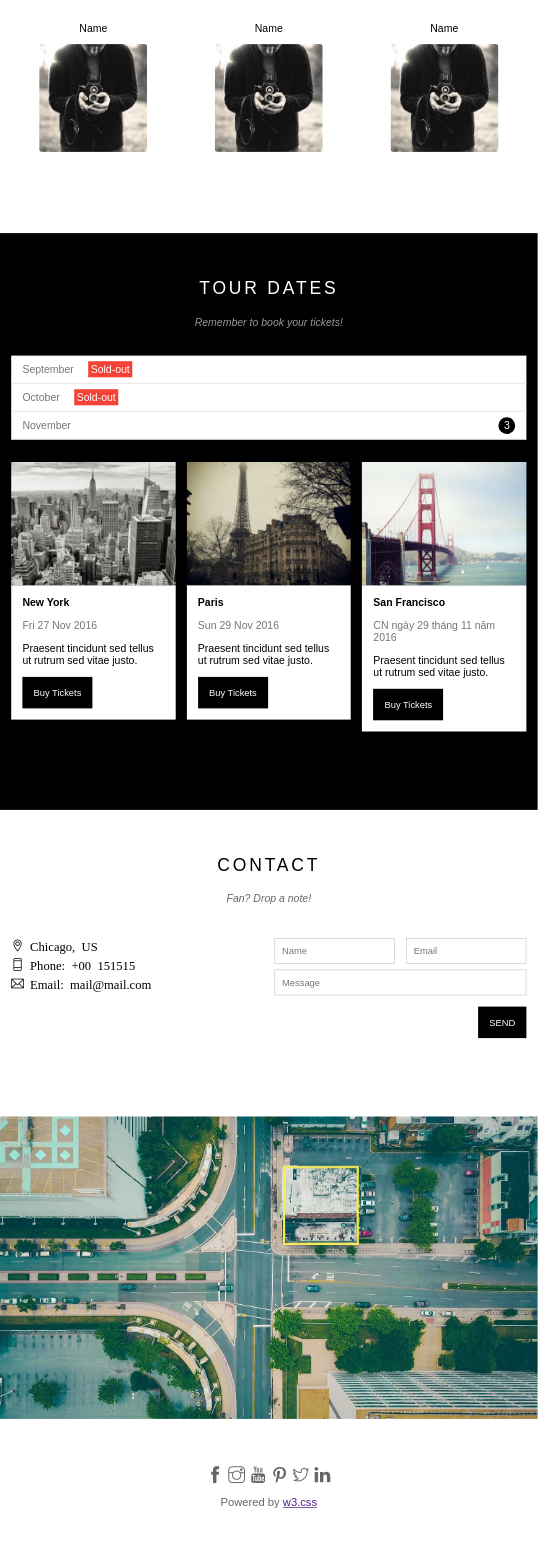
Repository: BillLee2000/w3-band
Page: index.html
An editor plug-in stored every save of this project. The page is shown before and after the next save, followed by the edit.
The browser window is 768 px wide. The pictures show the part of the page from y = 780 to 3020 px (the page is 3000 px tall before and 3020 px after), at 70% of full size.

Above is the page before, as saved 2021-12-17 06:41:37.

After the next save:
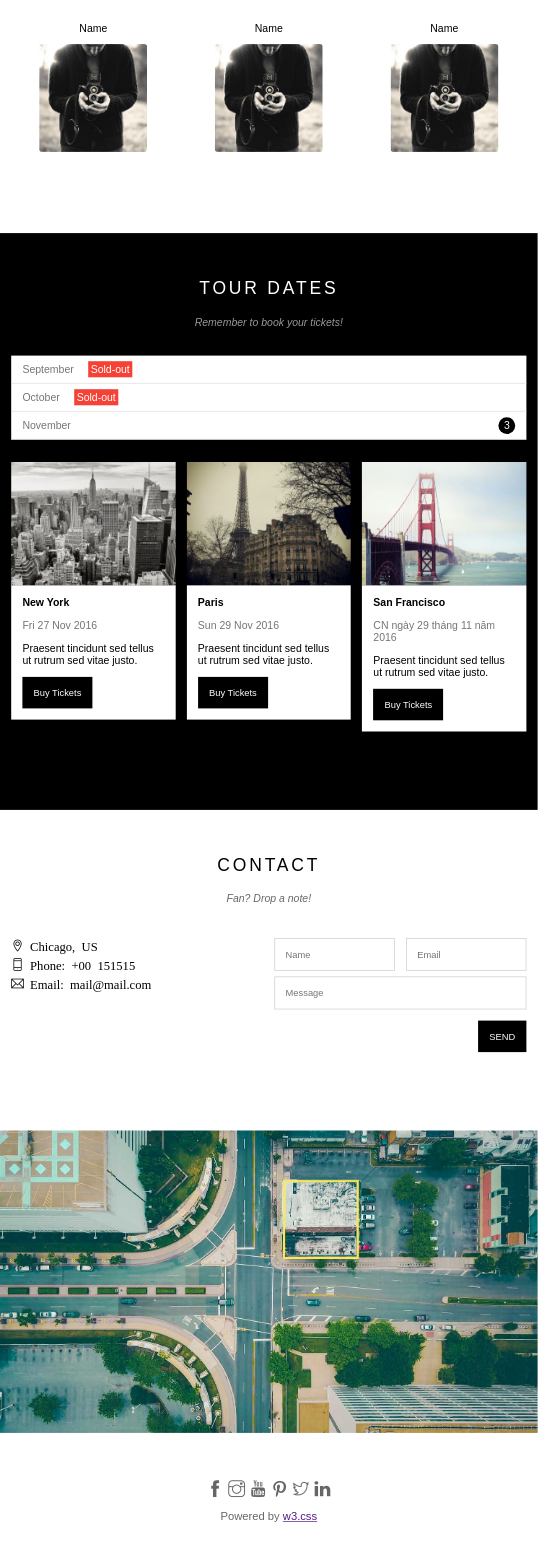
Saved 2 min 9 s later.
--- a/assets/css/responsive.css
+++ b/assets/css/responsive.css
@@ -5,6 +5,9 @@
 @media(max-width: 1023px) {
     .btn {
         padding: 15px 16px;
+    }
+    .contact-form .form-control {
+        padding: 15px;
     }
 }
 
